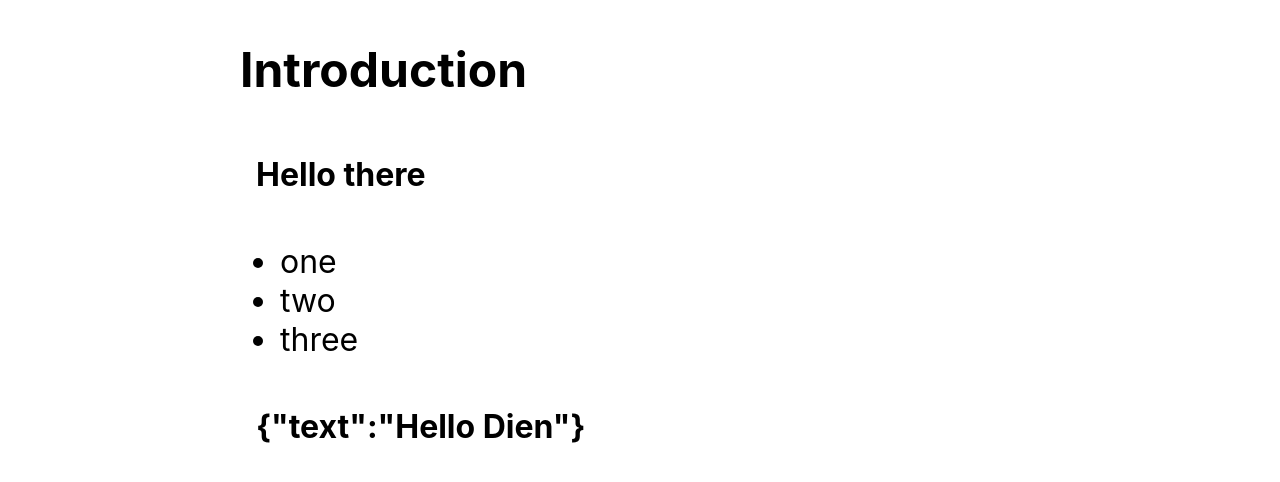
Repository: baodien1405/react-with-typescript
Page: /
These files come from the project's save history. The page is drawn as it stood at one moment and after the next save; the edit follows.
The browser window is 1280 px wide. The pictures show the whole page.
The project was rebuilt for these pictures with package versions that can differ from the ones it lists, and the page was loaded fresh each time.

Above is the page before, as saved 2021-06-08 14:15:26.

### src/App.tsx

import { useCallback, useEffect, useState } from 'react';
import './App.css';

const Heading = ({title}: {title: string}) => <h2>{title}</h2>

const Box: React.FunctionComponent = ({children}) => (
  <div style={{padding: "1rem", fontWeight: 'bold'}}>
    {children}
  </div>
)

const List: React.FunctionComponent<{
  items: string[];
  onClick?: (item: string) => void
}> = ({items, onClick}) => (
  <ul>
    {
      items.map((item, index) => {
        return <li key={index} onClick={() => onClick?.(item)}>{item}</li>
      })
    }
  </ul>
)

interface Payload {
  text: string
}

function App() {
  const [payload, setPayload] = useState<Payload | null>(null);

  useEffect(() => {
    fetch("/data.json")
      .then(res => res.json())
      .then(data => {
        setPayload(data)
      })
  }, [])

  const onListClick = useCallback((item: string) => {
    alert(item);
  }, [])
  return (
    <div className="App">
     <Heading title="Introduction" />
     <Box>Hello there</Box>
     <List items={["one", "two", "three"]} onClick={onListClick} />
     <Box>{JSON.stringify(payload)}</Box>
    </div>
  );
}

export default App;

### src/App.css
body {
  font-size: xx-large;
  margin: auto;
  max-width: 800px;
}

### public/data.json
{
  "text": "Hello Dien"
}

Loaded but not shown: public/index.html (common file); src/index.tsx (common file); src/index.css (common file); src/reportWebVitals.ts (common file)

After the next save:
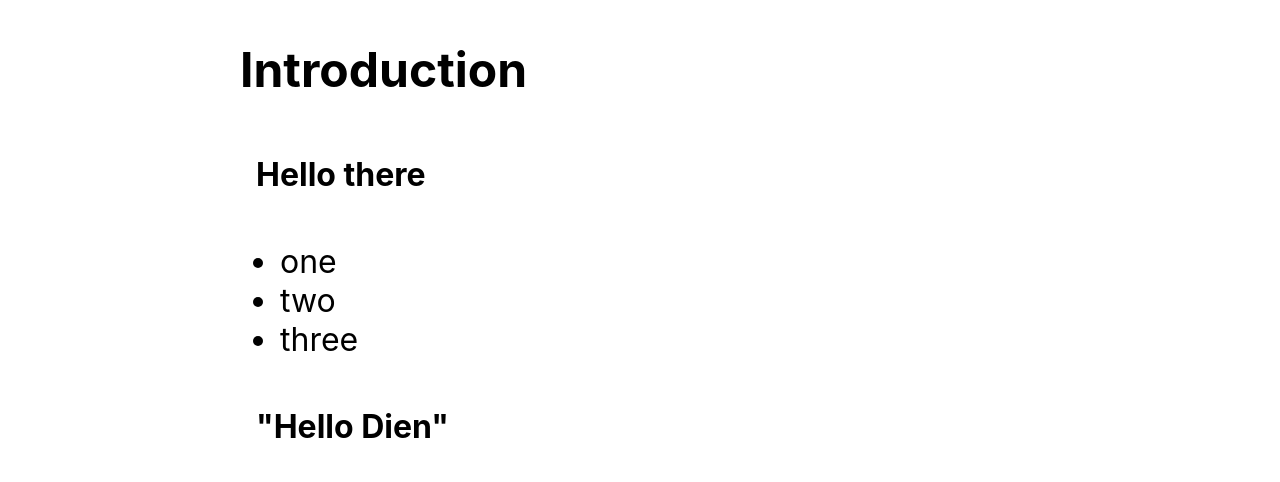
Saved 59 s later.
--- a/src/App.tsx
+++ b/src/App.tsx
@@ -46,7 +46,7 @@
      <Heading title="Introduction" />
      <Box>Hello there</Box>
      <List items={["one", "two", "three"]} onClick={onListClick} />
-     <Box>{JSON.stringify(payload)}</Box>
+     <Box>{JSON.stringify(payload?.text)}</Box>
     </div>
   );
 }

After the 3 saves that followed:
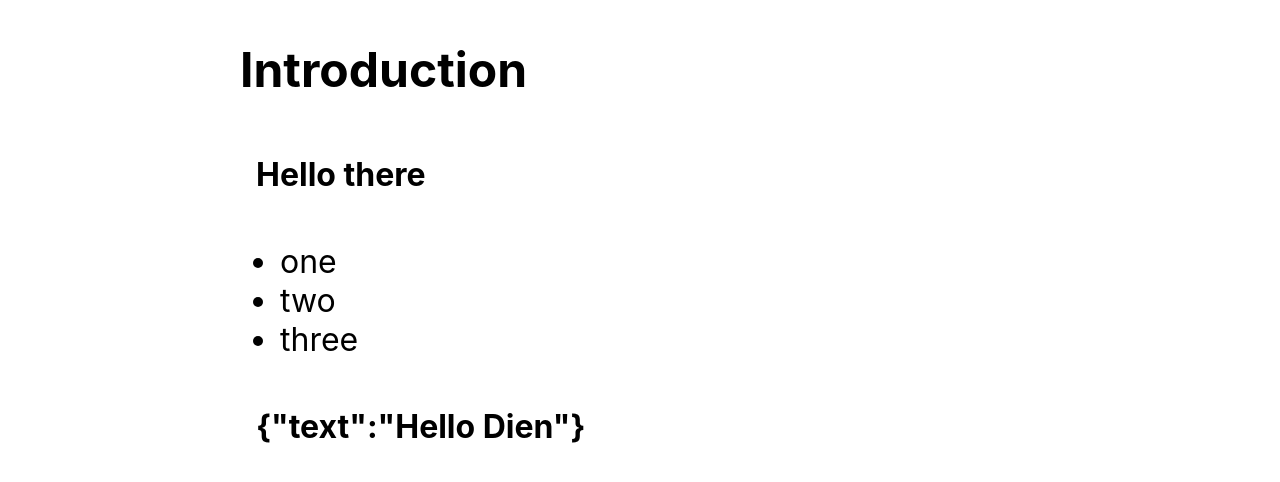
The 3 saves are shown as one change because 1 did not build or start and 1 left the picture as it was.
The last was saved 75 s later.
--- a/src/App.tsx
+++ b/src/App.tsx
@@ -46,7 +46,7 @@
      <Heading title="Introduction" />
      <Box>Hello there</Box>
      <List items={["one", "two", "three"]} onClick={onListClick} />
-     <Box>{JSON.stringify(payload?.text)}</Box>
+     <Box>{JSON.stringify(payload)}</Box>
     </div>
   );
 }
